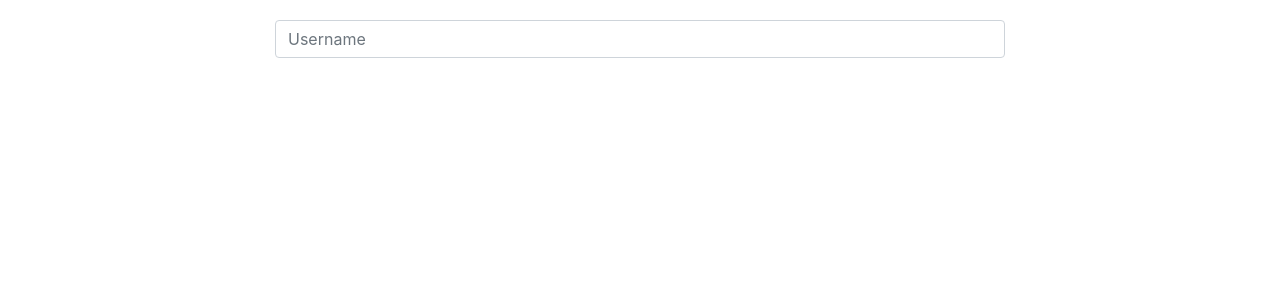
Repository: iian0910/vue3_todoList
Page: /
The author's editor kept a copy of each file at every save. The page is drawn from the files as they stood at one save, then again after the next save.
The browser window is 1280 px wide. The pictures show the whole page.
The project was rebuilt for these pictures with package versions that can differ from the ones it lists, and the page was loaded fresh each time.

Above is the page before, as saved 2021-02-23 14:47:42.

### src/App.vue
<template>
  <TodoList/>
</template>

<script lang="ts">
import { defineComponent } from 'vue'
import TodoList from './components/TodoList.vue'

export default defineComponent({
  name: 'App',
  components: {
    TodoList
  }
})
</script>

<style lang="scss">
@import './assets/scss/all';
</style>

### src/assets/scss/all.scss
@import '~bootstrap/scss/bootstrap.scss';
@import './helpers/variables';

### src/components/TodoList.vue
<template>
  <div class="container">
    <div class="row">
      <div class="col-8 offset-2 content">
        <input type="text" class="form-control" placeholder="Username">
      </div>
    </div>
  </div>
</template>
<script lang="ts">
export default {

}
</script>
<style lang="scss">
.content{
  padding: 10px;
  margin: 10px auto;
  border-radius: 5px;
  box-shadow: 0px 0px 0px 0px rgba(0,0,0,0.5);
}
</style>

Loaded but not shown: public/index.html (common file); src/main.ts (common file); src/assets/scss/helpers/_variables.scss (1146 lines, source omitted)

After the next save:
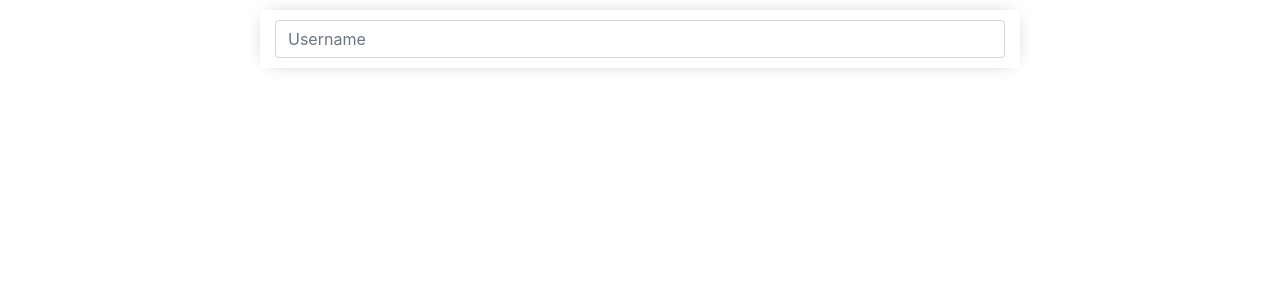
Saved 89 s later.
--- a/src/components/TodoList.vue
+++ b/src/components/TodoList.vue
@@ -17,6 +17,6 @@ export default {
   padding: 10px;
   margin: 10px auto;
   border-radius: 5px;
-  box-shadow: 0px 0px 0px 0px rgba(0,0,0,0.5);
+  box-shadow: 0px 0px 20px -10px rgba(0,0,0,0.5);
 }
 </style>
